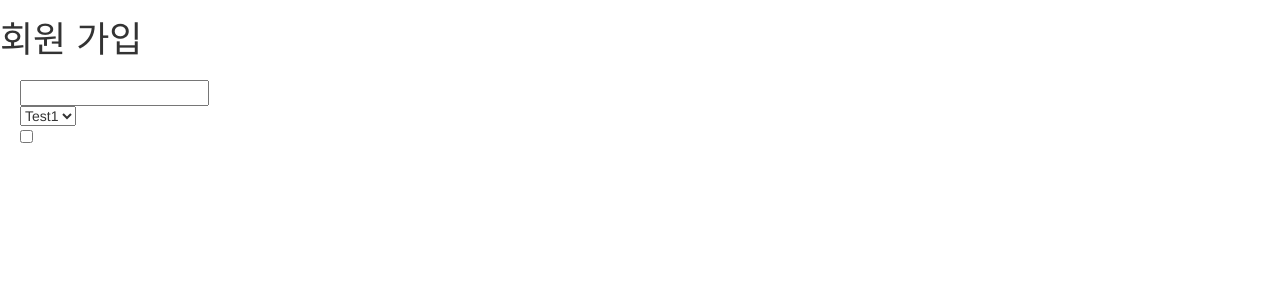
Repository: park-nahyun/BootstrapStudy
Page: BootstrapWork/WebContent/BootEx03.html
The author's editor kept a copy of each file at every save. The page is drawn from the files as they stood at one save, then again after the next save.
The browser window is 1280 px wide. The pictures show the whole page.

Above is the page before, as saved 2021-07-01 03:47:21.

### BootstrapWork/WebContent/BootEx03.html
<!DOCTYPE html>
<html>
<head>
<meta charset="UTF-8">
<title>BootEx03.html</title>

<link rel="stylesheet" href="css/bootstrap.css">
<script type="text/javascript" src="http://code.jquery.com/jquery.min.js"></script>
<script type="text/javascript" src="js/bootstrap.min.js"></script>

</head>
<body>

<h1>회원 가입</h1>

<form action="" style="width:500px; margin:20px;">

	<input type="text">
	<br>

	<select class="">
		<option>Test1</option>
		<option>Test2</option>
		<option>Test3</option>
		<option>Test4</option>
	</select>

	<br>

	<input type="checkbox">
	<br>

</form>
</body>
</html>

Loaded but not shown: BootstrapWork/WebContent/css/bootstrap.css (library); BootstrapWork/WebContent/js/bootstrap.min.js (library)

After the next save:
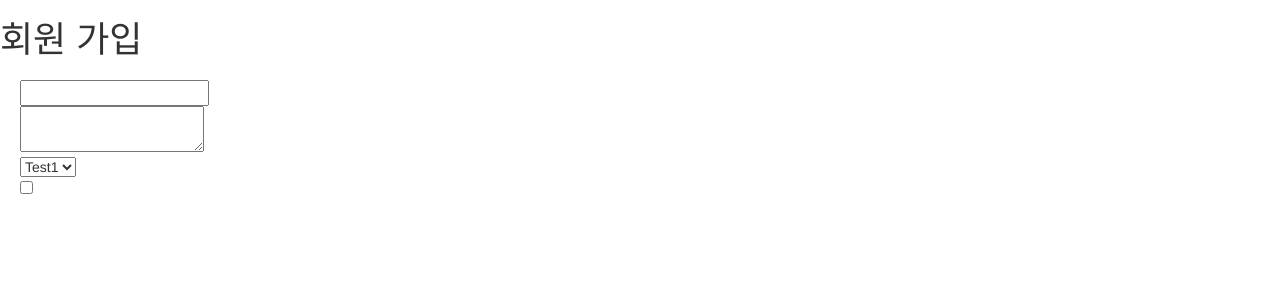
Saved 51 s later.
--- a/BootstrapWork/WebContent/BootEx03.html
+++ b/BootstrapWork/WebContent/BootEx03.html
@@ -18,6 +18,9 @@
 	<input type="text">
 	<br>
 
+	<textarea rows="" cols=""></textarea>
+	<br>
+
 	<select class="">
 		<option>Test1</option>
 		<option>Test2</option>
